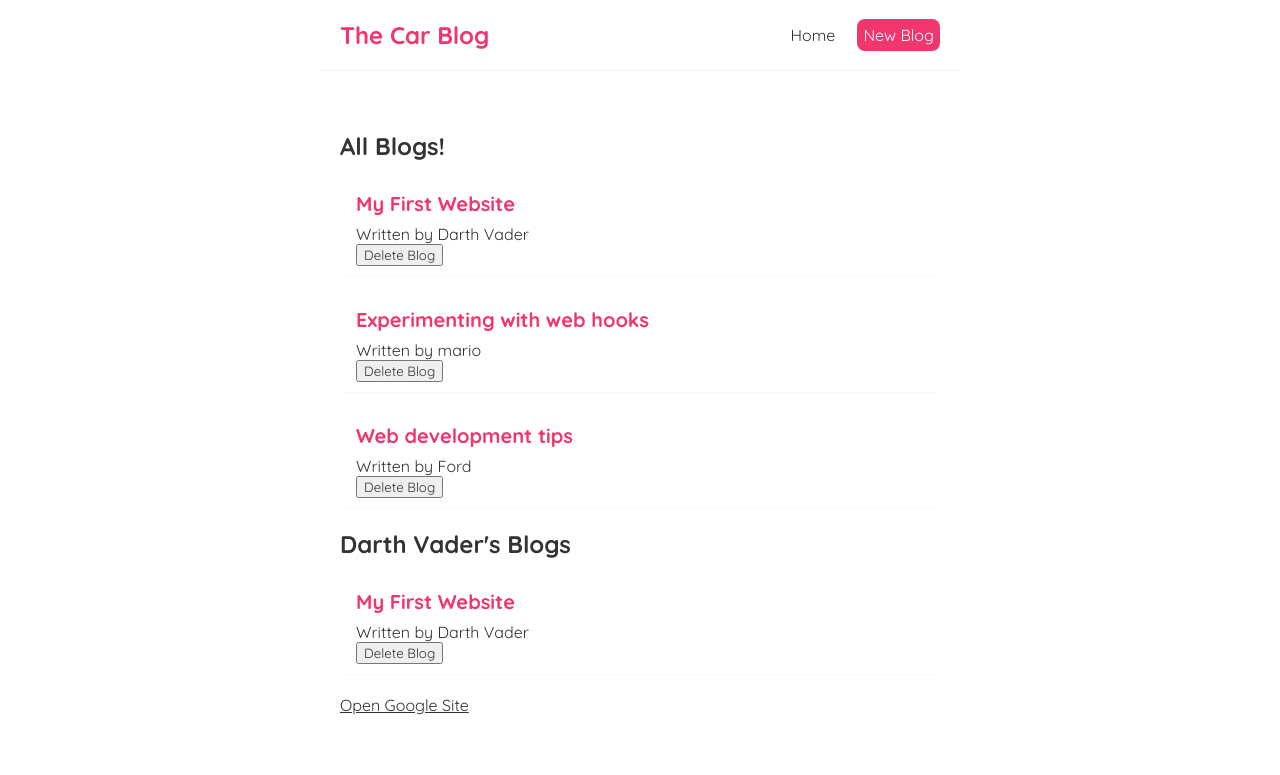
Repository: anuragkej/blogster
Page: /
The author's editor kept a copy of each file at every save. The page is drawn from the files as they stood at one save, then again after the next save.
The browser window is 1280 px wide. The pictures show the whole page.
The project was rebuilt for these pictures with package versions that can differ from the ones it lists, and the page was loaded fresh each time.

Above is the page before, as saved 2024-08-29 18:07:53.

After the next save:
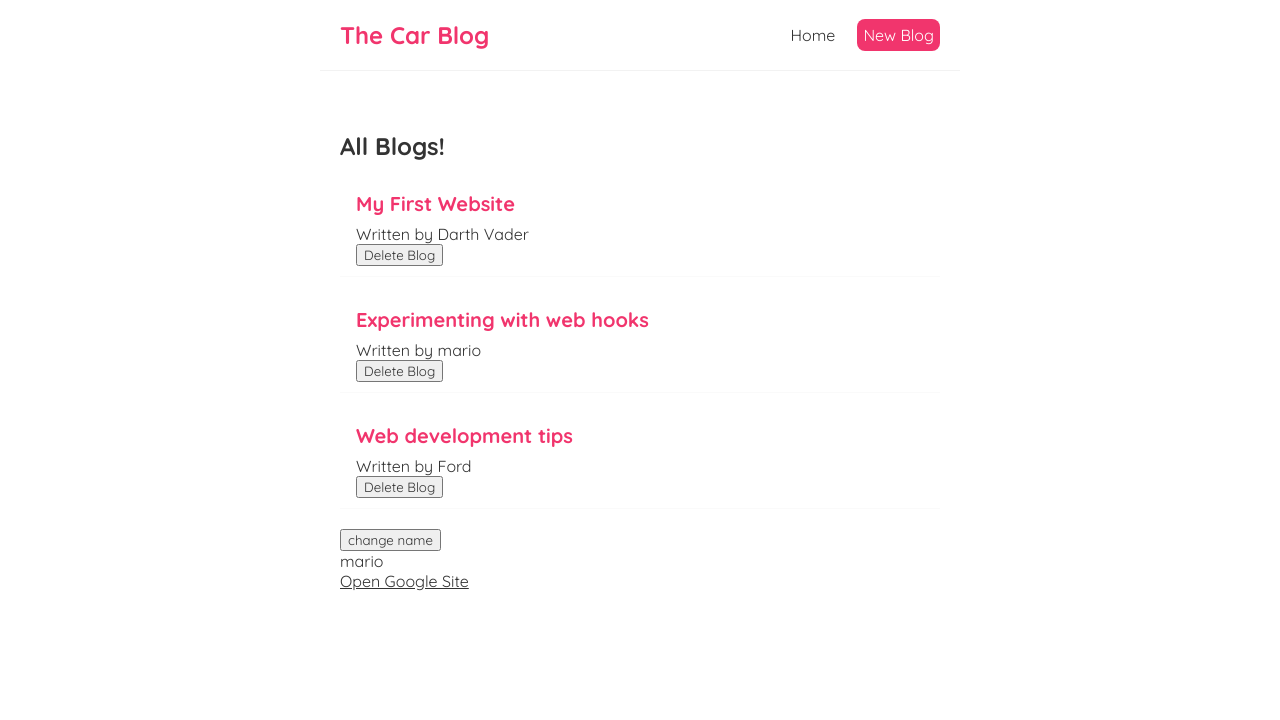
Saved 6 days later.
--- a/src/Home.js
+++ b/src/Home.js
@@ -23,6 +23,8 @@ const Home = () => {
     },
   ]);
 
+  const [name, setName] = useState("mario");
+
   const handleDelete = (id) => {
     const newBlogs = blogs.filter((blog) => blog.id !== id);
     setBlogs(newBlogs);
@@ -37,10 +39,8 @@ const Home = () => {
     <div className="home">
       {/* blos={blogs} is a prop */}
       <BlogList blogs={blogs} title="All Blogs!" handleDelete={handleDelete} />
-      <BlogList
-        blogs={blogs.filter((blog) => blog.author === "Darth Vader")}
-        title="Darth Vader's Blogs"
-      />
+      <button onClick={() => setName("luigi")}>change name</button>
+      <p>{name}</p>
     </div>
   );
 };
